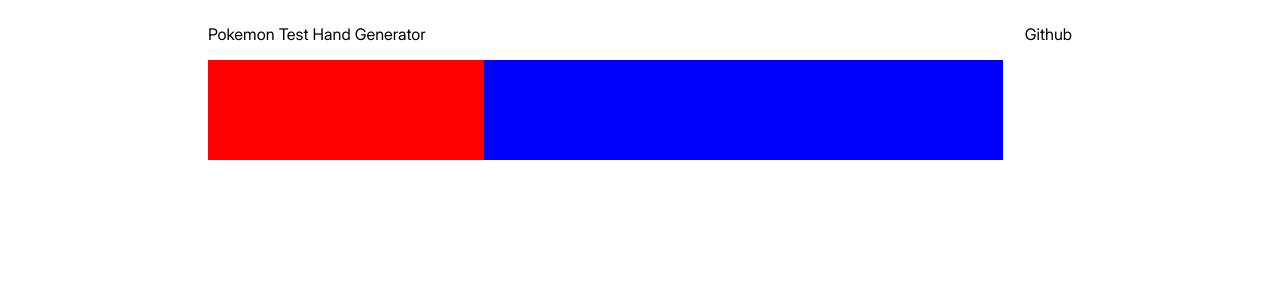
Repository: danielj1415/test-hand-simulator
Page: /
An editor plug-in stored every save of this project. The page is shown before and after the next save, followed by the edit.
The browser window is 1280 px wide. The pictures show the whole page.
The project was rebuilt for these pictures with package versions that can differ from the ones it lists, and the page was loaded fresh each time. Also part of the build but not shown: vite.config.ts, src/index.css.

Above is the page before, as saved 2024-10-30 17:30:53.

After the next save:
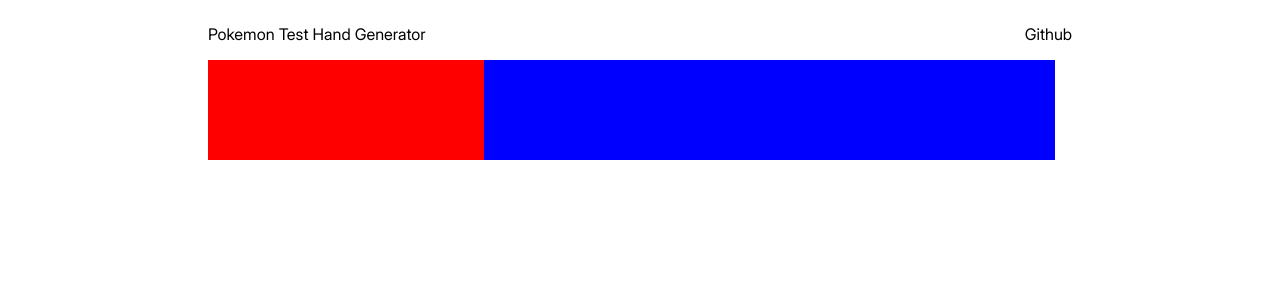
Saved 22 s later.
--- a/src/App.css
+++ b/src/App.css
@@ -30,7 +30,7 @@ p{
 }
 
 .testHands{
-  width: 60%;
+  width: 66%;
   background-color: blue;
   height: 100px;
 }
